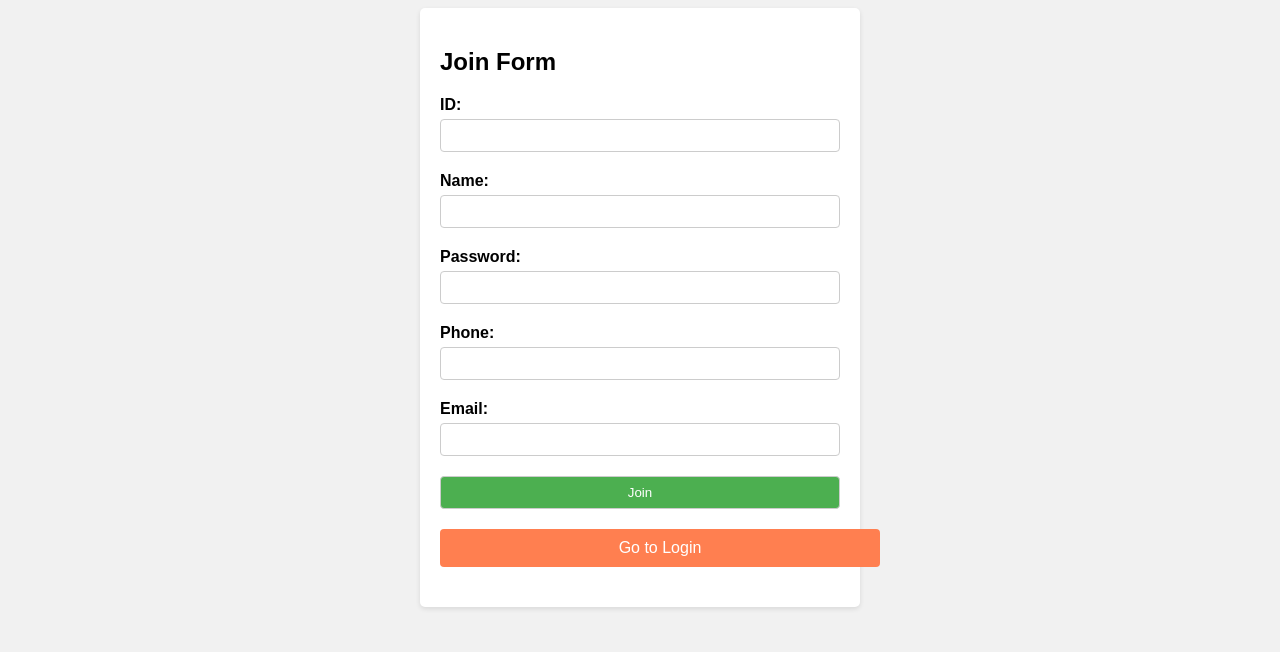
Repository: i-kemen/jsp
Page: WebTest/src/main/webapp/join.html
An editor plug-in stored every save of this project. The page is shown before and after the next save, followed by the edit.
The browser window is 1280 px wide. The pictures show the whole page.

Above is the page before, as saved 2023-06-26 11:04:37.

### WebTest/src/main/webapp/join.html
<!DOCTYPE html>
<html>
<head>
    <meta charset="UTF-8">
    <title>Join Form</title>
    <style>
        body {
            font-family: Arial, sans-serif;
            background-color: #f1f1f1;
        }

        .container {
            max-width: 400px;
            margin: 0 auto;
            padding: 20px;
            background-color: #fff;
            border-radius: 5px;
            box-shadow: 0 2px 5px rgba(0, 0, 0, 0.1);
        }

        .form-group {
            margin-bottom: 20px;
        }

        .form-group label {
            display: block;
            margin-bottom: 5px;
            font-weight: bold;
        }

        .form-group input {
            width: 100%;
            padding: 8px;
            border: 1px solid #ccc;
            border-radius: 4px;
            box-sizing: border-box;
        }

        .form-group input[type="submit"] {
            background-color: #4CAF50;
            color: #fff;
            cursor: pointer;
            width: 100%;
        }

        .form-group input[type="submit"]:hover {
            background-color: #45a049;
        }

        .error-message {
            color: #ff0000;
            margin-top: 5px;
        }

        .form-group a {
            display: inline-block;
            background-color: #007bff;
            color: #fff;
            padding: 10px 20px;
            border-radius: 4px;
            text-decoration: none;
            width: 100%;
            text-align: center;
        }

        .form-group a:hover {
            background-color: #0069d9;
        }

        /* 수정된 부분 */
        .form-group a.login-link {
            background-color: #ff7f50;
        }

        .form-group a.login-link:hover {
            background-color: #ff6347;
        }
    </style>
    <script>
        function validateForm() {
            var password = document.getElementById("password").value;
            var phone = document.getElementById("phone").value;
            var email = document.getElementById("email").value;
            var passwordPattern = /^(?=.*[a-zA-Z])(?=.*[0-9]).{4,}$/;
            var phonePattern = /^010-\d{4}-\d{4}$/;
            var emailPattern = /^\w+([\.-]?\w+)*@\w+([\.-]?\w+)*(\.\w{2,3})+$/;

            if (!passwordPattern.test(password)) {
                alert("비밀번호는 영문과 숫자를 혼합하여 최소 4글자 이상으로 입력해주세요.");
                return false;
            }

            if (!phonePattern.test(phone)) {
                alert("전화번호를 010-0000-0000 형식으로 입력해주세요.");
                return false;
            }

            if (!emailPattern.test(email)) {
                alert("유효한 이메일 주소를 입력해주세요.");
                return false;
            }

            return true;
        }
    </script>
</head>
<body>
    <div class="container">
        <h2>Join Form</h2>
        <form method="post" action="JoinOk" onsubmit="return validateForm()">
            <div class="form-group">
                <label for="id">ID:</label>
                <input type="text" id="id" name="id" required>
            </div>
            <div class="form-group">
                <label for="name">Name:</label>
                <input type="text" id="name" name="name" required>
            </div>
            <div class="form-group">
                <label for="password">Password:</label>
                <input type="password" id="password" name="password" required>
            </div>
            <div class="form-group">
                <label for="phone">Phone:</label>
                <input type="text" id="phone" name="phone" required>
            </div>
            <div class="form-group">
                <label for="email">Email:</label>
                <input type="email" id="email" name="email" required>
            </div>
            <div class="form-group">
                <input type="submit" value="Join">
            </div>
        </form>

        <div class="form-group">
            <a href="login.html" class="login-link">Go to Login</a>
        </div>
    </div>
</body>
</html>

After the next save:
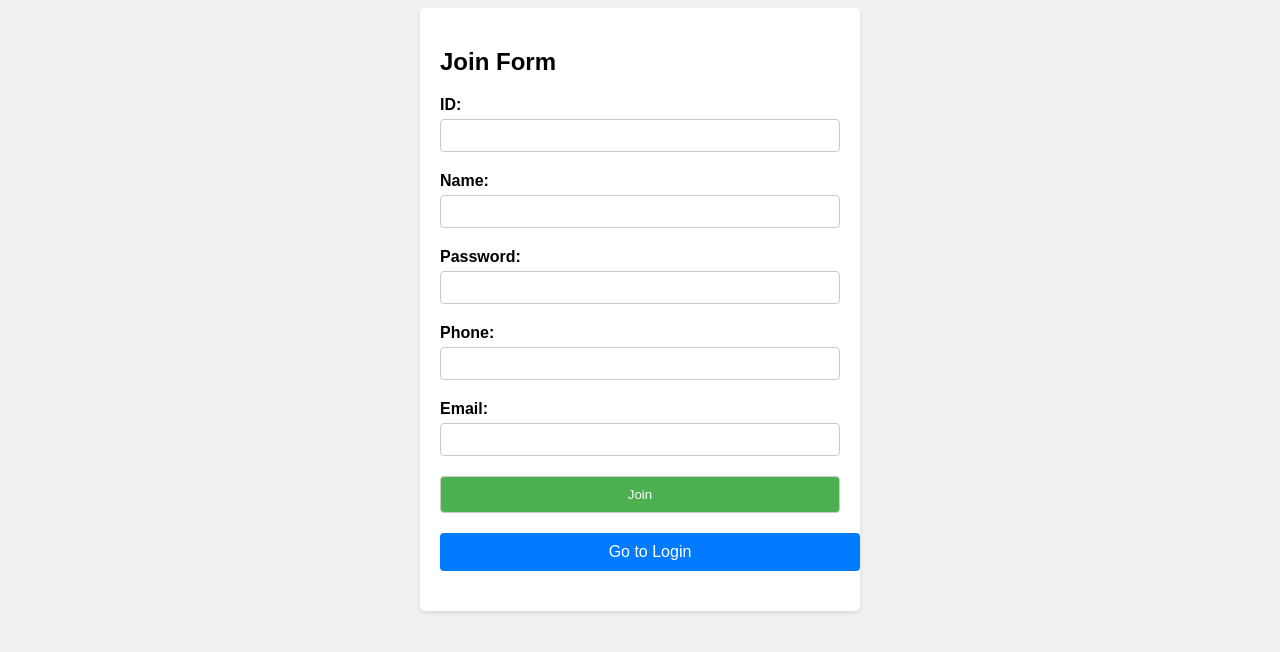
Saved 39 s later.
--- a/WebTest/src/main/webapp/join.html
+++ b/WebTest/src/main/webapp/join.html
@@ -36,44 +36,30 @@
             box-sizing: border-box;
         }
 
+        .form-group input[type="submit"],
+        .form-group a {
+            display: inline-block;
+            width: 100%;
+            padding: 10px;
+            border-radius: 4px;
+            text-align: center;
+            text-decoration: none;
+            cursor: pointer;
+        }
+
         .form-group input[type="submit"] {
             background-color: #4CAF50;
             color: #fff;
-            cursor: pointer;
-            width: 100%;
-        }
-
-        .form-group input[type="submit"]:hover {
-            background-color: #45a049;
-        }
-
-        .error-message {
-            color: #ff0000;
-            margin-top: 5px;
         }
 
         .form-group a {
-            display: inline-block;
             background-color: #007bff;
             color: #fff;
-            padding: 10px 20px;
-            border-radius: 4px;
-            text-decoration: none;
-            width: 100%;
-            text-align: center;
         }
 
+        .form-group input[type="submit"]:hover,
         .form-group a:hover {
-            background-color: #0069d9;
-        }
-
-        /* 수정된 부분 */
-        .form-group a.login-link {
-            background-color: #ff7f50;
-        }
-
-        .form-group a.login-link:hover {
-            background-color: #ff6347;
+            background-color: #45a049;
         }
     </style>
     <script>
@@ -134,7 +120,7 @@
         </form>
 
         <div class="form-group">
-            <a href="login.html" class="login-link">Go to Login</a>
+            <a href="login.html">Go to Login</a>
         </div>
     </div>
 </body>

After the 2 saves that followed:
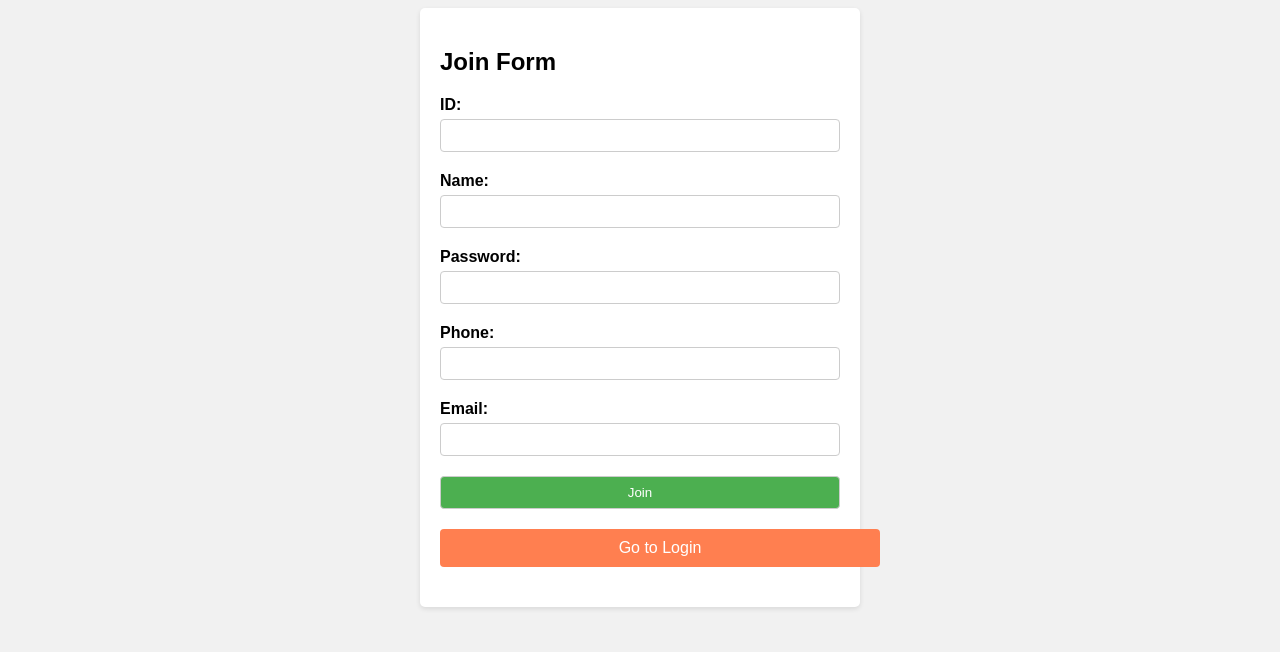
The 2 saves are shown as one change because 1 left the picture as it was.
The last was saved 72 s later.
--- a/WebTest/src/main/webapp/join.html
+++ b/WebTest/src/main/webapp/join.html
@@ -36,30 +36,44 @@
             box-sizing: border-box;
         }
 
-        .form-group input[type="submit"],
-        .form-group a {
-            display: inline-block;
-            width: 100%;
-            padding: 10px;
-            border-radius: 4px;
-            text-align: center;
-            text-decoration: none;
-            cursor: pointer;
-        }
-
         .form-group input[type="submit"] {
             background-color: #4CAF50;
             color: #fff;
+            cursor: pointer;
+            width: 100%;
+        }
+
+        .form-group input[type="submit"]:hover {
+            background-color: #45a049;
+        }
+
+        .error-message {
+            color: #ff0000;
+            margin-top: 5px;
         }
 
         .form-group a {
+            display: inline-block;
             background-color: #007bff;
             color: #fff;
+            padding: 10px 20px;
+            border-radius: 4px;
+            text-decoration: none;
+            width: 100%;
+            text-align: center;
         }
 
-        .form-group input[type="submit"]:hover,
         .form-group a:hover {
-            background-color: #45a049;
+            background-color: #0069d9;
+        }
+
+        /* 수정된 부분 */
+        .form-group a.login-link {
+            background-color: #ff7f50;
+        }
+
+        .form-group a.login-link:hover {
+            background-color: #ff6347;
         }
     </style>
     <script>
@@ -120,7 +134,7 @@
         </form>
 
         <div class="form-group">
-            <a href="login.html">Go to Login</a>
+            <a href="login.html" class="login-link">Go to Login</a>
         </div>
     </div>
 </body>
